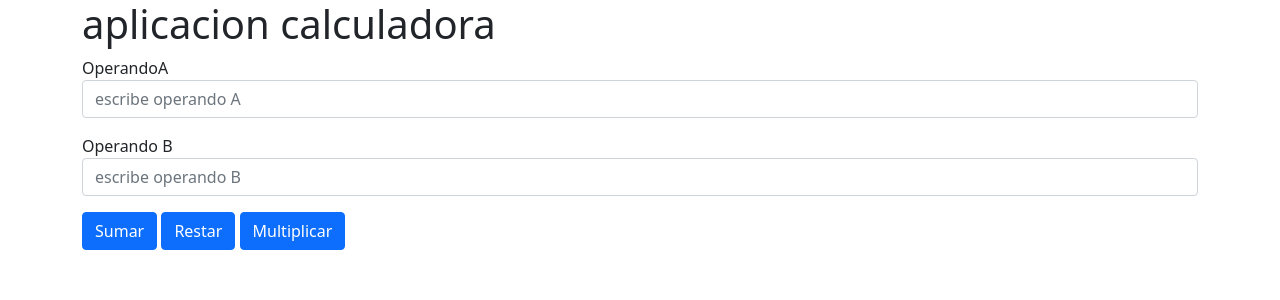
Repository: iwinser117/dw
Page: javascript udemy 43/ejercices/calculadora/index.html
These files come from the project's save history. The page is drawn as it stood at one moment and after a run of saves; the edit follows.
The browser window is 1280 px wide. The pictures show the whole page.

Above is the page before, as saved 2022-10-02 12:17:28.

After the next 2 saves:
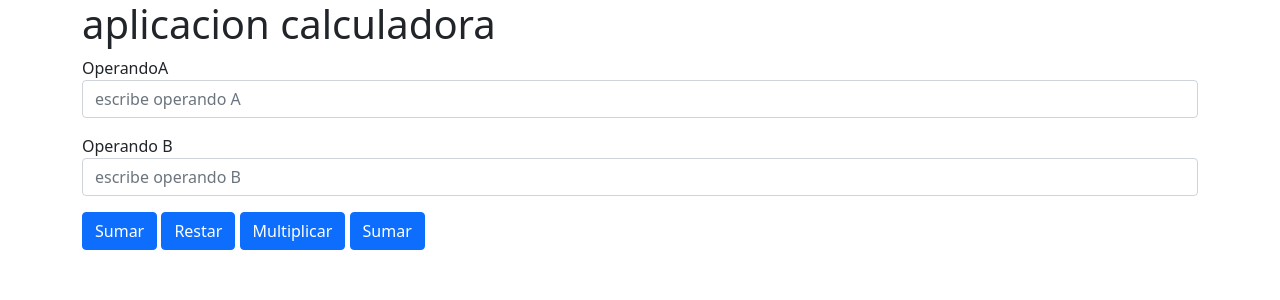
The 2 saves are shown as one change because they came seconds apart.
The last was saved 8 s later.
--- a/javascript udemy 43/ejercices/calculadora/index.html
+++ b/javascript udemy 43/ejercices/calculadora/index.html
@@ -32,9 +32,9 @@
 
         <button class="btn btn-primary mb-3" onclick="restar()">Restar</button>
 
-        <button class="btn btn-primary mb-3" onclick="sumar()">Multiplicar</button>
+        <button class="btn btn-primary mb-3" onclick="multiplicar()">Multiplicar</button>
 
-
+        <button class="btn btn-primary mb-3" onclick="sumar()">Sumar</button>
     </div>
 
     <div id="resultadoResta"></div>
